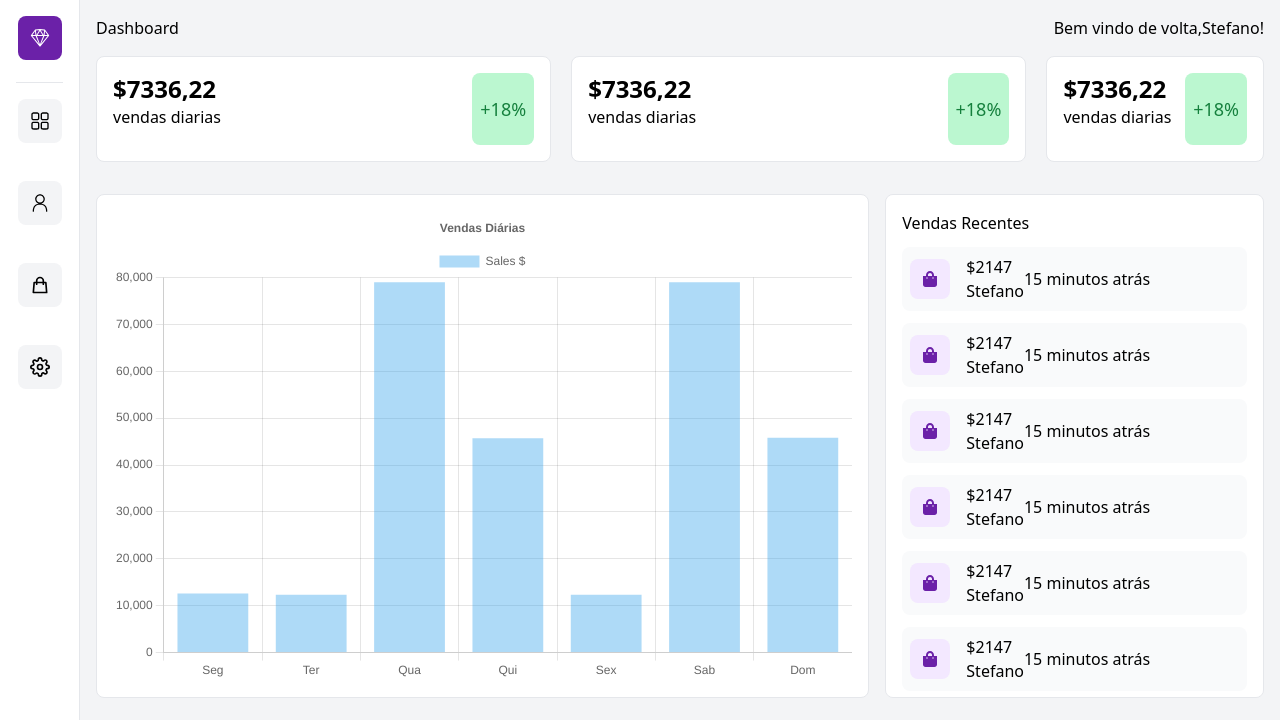
Repository: stefanosousaa/dashboard-next13
Page: /
An editor plug-in stored every save of this project. The page is shown before and after the next save, followed by the edit.
The browser window is 1280 px wide. The pictures show the whole page.
The project was rebuilt for these pictures with package versions that can differ from the ones it lists, and the page was loaded fresh each time. The framework's server and built-in components were replaced by stand-ins that run in the browser. Also part of the build but not shown: next.config.js.

Above is the page before, as saved 2023-05-16 18:57:20.

### pages/_app.js
import Sidebar from '@/components/Sidebar'
import '@/styles/globals.css'

export default function App({ Component, pageProps }) {
  return (
    <Sidebar>
        <Component {...pageProps} />
    </Sidebar>

  )
}

### pages/index.js
import TopCards from '@/components/TopCards';
import Header from '../components/Header';
import Head from 'next/head';
import Image from 'next/image';
import BarChart from '@/components/BarChart';
import RecentOrders from '@/components/RecentOrders';

export default function Home() {
  return (
    <>
      <Head>
        <title>Create Next App</title>
        <meta name="description" content="Generated by create next app" />
        <meta name="viewport" content="width=device-width, initial-scale=1" />
        <link rel="icon" href="/favicon.ico" />
      </Head>

      <main className='bg-gray-100 min-h-screen'>
        <Header/>
        <TopCards/>

            <div className='p-4 grid md:grid-cols-3 grid-cols-1 gap-4'>
              <BarChart/>
              <RecentOrders/>
            </div>

      </main>

    </>
  );
};

### components/Sidebar.jsx
import Link from 'next/link'
import Image from 'next/image'
import React from 'react'
import {RxSketchLogo,RxDashboard, RxPerson} from 'react-icons/rx'
import {FiSettings} from 'react-icons/fi'
import {HiOutlineShoppingBag} from 'react-icons/hi'

const Sidebar = ({children}) => {
  return (
    <div className='flex'>
        <div className='fixed w-20 h-screen p-4 bg-white border-r-[1px] flex flex-col justify-between'>
        <div className='flex flex-col items-center'>

          <Link href='/'>
            <div className='bg-purple-800 text-white p-3 rounded-lg inline-block'>
              <RxSketchLogo size={20}/>
            </div>
          </Link>
          <span className='border-b-[1px] border-gray-200 w-full p-2'></span>
          <Link href='/'>
            <div className='bg-gray-100 hover:bg-gray-200 cursor-pointer my-4 p-3 rounded-lg inline-block'>
              <RxDashboard size={20}/>
            </div>
          </Link>
          <Link href='/costumerd'>
            <div className='bg-gray-100 hover:bg-gray-200 cursor-pointer my-4 p-3 rounded-lg inline-block'>
              <RxPerson size={20}/>
            </div>
          </Link>
          <Link href='/orders'>
            <div className='bg-gray-100 hover:bg-gray-200 cursor-pointer my-4 p-3 rounded-lg inline-block'>
              <HiOutlineShoppingBag size={20}/>
            </div>
          </Link>
          <Link href='/'>
            <div className='bg-gray-100 hover:bg-gray-200 cursor-pointer my-4 p-3 rounded-lg inline-block'>
              <FiSettings size={20}/>
            </div>
          </Link>
        </div>
        </div>

        <main className='ml-20 w-full'>{children}</main>
    </div>
  )
}

export default Sidebar

### components/TopCards.jsx
import React from 'react'

const TopCards = () => {
  return (
    <div className='grid lg:grid-cols-5 gap-5 p-4'>
        <div className='lg:col-span-2 col-span-1 bg-white flex justify-between w-full border p-4 rounded-lg'>
        <div className='flex flex-col w-full pb-4'>
            <p className='text-2xl font-bold'>$7336,22</p>
            <p>vendas diarias</p>
        </div>
            <p className='bg-green-200 flex justify-center items-center p-2 rounded-lg'>
                <span className='text-green-700 text-lg'>+18%</span>
            </p>
        </div>
        <div className='lg:col-span-2 col-span-1 bg-white flex justify-between w-full border p-4 rounded-lg'>
        <div className='flex flex-col w-full pb-4'>
            <p className='text-2xl font-bold'>$7336,22</p>
            <p>vendas diarias</p>
        </div>
           <p className='bg-green-200 flex justify-center items-center p-2 rounded-lg'>
                <span className='text-green-700 text-lg'>+18%</span>
            </p>
        </div>
        <div className='bg-white flex justify-between w-full border p-4 rounded-lg'>
           <div className='flex flex-col w-full pb-4'>
           <p className='text-2xl font-bold'>$7336,22</p>
            <p>vendas diarias</p>
           </div>
           <p className='bg-green-200 flex justify-center items-center p-2 rounded-lg'>
                <span className='text-green-700 text-lg'>+18%</span>
            </p>
        </div>
    </div>
  )
}

export default TopCards

### components/Header.jsx
import React from 'react'

const Header = () => {
  return (
    <div className='flex justify-between px-4 pt-4'>
        <h2>Dashboard</h2>
        <h2>Bem vindo de volta,Stefano!</h2>
    </div>
  )
}

export default Header

### components/BarChart.jsx
import React ,{useState,useEffect} from 'react'
import { Bar } from 'react-chartjs-2';
import {
    Chart as ChartJS,
    CategoryScale,
    LinearScale,
    BarElement,
    Title,
    Tooltip,
    Legend
} from 'chart.js';


ChartJS.register(
    CategoryScale,
    LinearScale,
    BarElement,
    Title,
    Tooltip,
    Legend
);

const BarChart = () => {

    const [chartData, setChartData] = useState({
        datasets: [],
    });

    const [chartOptions,setChartOptions] = useState({});

    useEffect(() =>{
     setChartData({
        labels: ['Seg', 'Ter', 'Qua', 'Qui', 'Sex', 'Sab', 'Dom'],
        datasets: [
            {
                label : 'Sales $',
                data: [12578,12345,78945,45678,12345,78954,45789],
                borderColor: 'rgb(53, 162, 235)',
                backgroundColor: 'rgb(53, 162, 235, 0.4)',
            }
        ]
     })

     setChartOptions({
        plugins :{
            legend: {
                position: 'top'
            },
            title: {
                display: true,
                text: 'Vendas Diárias'
            }
        },
        maintainAspectRatio: false,
        reponsive: true

     })
    },[])

  return (

    <>
    <div className='w-full md:col-span-2 relative lg:h-[70vh] h-[50vh] m-auto p-4 border rounded-lg bg-white'>
        <Bar
            data={chartData}
            options={chartOptions}/>
    </div>
    </>

  )
};

export default BarChart

### components/RecentOrders.jsx
import React from 'react'
import {data} from '../data/data.js'
import {FaShoppingBag} from 'react-icons/fa'

const RecentOrders = () => {
  return (
    <div className='w-full col-span-1 relative lg:h-[70vh] h-[50vh] m-auto p-4 border rounded-lg bg-white overflow-scroll'>
      <h1>Vendas Recentes</h1>
      <ul>
        {data.map((order,id) => (
          <li key={id} className='bg-gray-50 hover:bg-gray-100 rounded-lg my-3 p-2 flex items-center cursor-pointer'>
             <div className='bg-purple-100 rounded-lg p-3'>
              <FaShoppingBag className='text-purple-800'/>
             </div>
             <div className='pl-4'>
                <p>${order.total}</p>
                <p>{order.name.first}</p>
             </div>
             <p>
              {order.date}
             </p>
          </li>
        ))}
      </ul>
    </div>
  )
}

export default RecentOrders

### data/data.js
export const data = [
    {
        id:1,
        name: {
            first: 'Stefano',
            last: 'Sousa',
        },
        total: 2147.00,
        status: 'On Hold',
        method: 'PayPal',
        date: '15 minutos atrás',
    },
    {
        id:2,
        name: {
            first: 'Stefano',
            last: 'Sousa',
        },
        total: 2147.00,
        status: 'On Hold',
        method: 'PayPal',
        date: '15 minutos atrás',
    },
    {
        id:3,
        name: {
            first: 'Stefano',
            last: 'Sousa',
        },
        total: 2147.00,
        status: 'On Hold',
        method: 'PayPal',
        date: '15 minutos atrás',
    },
    {
        id:4,
        name: {
            first: 'Stefano',
            last: 'Sousa',
        },
        total: 2147.00,
        status: 'On Hold',
        method: 'PayPal',
        date: '15 minutos atrás',
    },
    {
        id:5,
        name: {
            first: 'Stefano',
            last: 'Sousa',
        },
        total: 2147.00,
        status: 'On Hold',
        method: 'PayPal',
        date: '15 minutos atrás',
    },
    {
        id:6,
        name: {
            first: 'Stefano',
            last: 'Sousa',
        },
        total: 2147.00,
        status: 'On Hold',
        method: 'PayPal',
        date: '15 minutos atrás',
    },
    {
        id:7,
        name: {
            first: 'Stefano',
            last: 'Sousa',
        },
        total: 2147.00,
        status: 'On Hold',
        method: 'PayPal',
        date: '15 minutos atrás',
    },
]

Loaded but not shown: pages/_document.js (common file); styles/globals.css (common file); tailwind.config.js (common file)

After the next save:
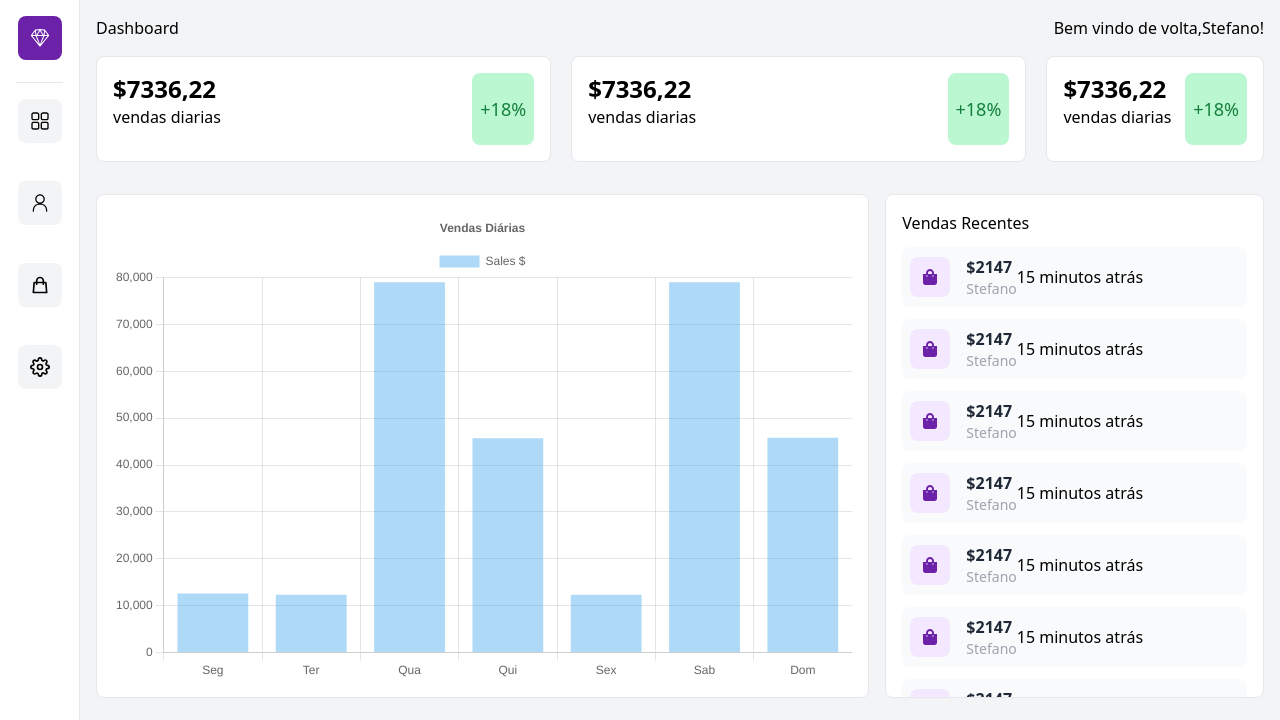
Saved 47 s later.
--- a/components/RecentOrders.jsx
+++ b/components/RecentOrders.jsx
@@ -13,8 +13,8 @@ const RecentOrders = () => {
               <FaShoppingBag className='text-purple-800'/>
              </div>
              <div className='pl-4'>
-                <p>${order.total}</p>
-                <p>{order.name.first}</p>
+                <p className='text-gray-800 font-bold'>${order.total}</p>
+                <p className='text-gray-400 text-sm'>{order.name.first}</p>
              </div>
              <p>
               {order.date}
